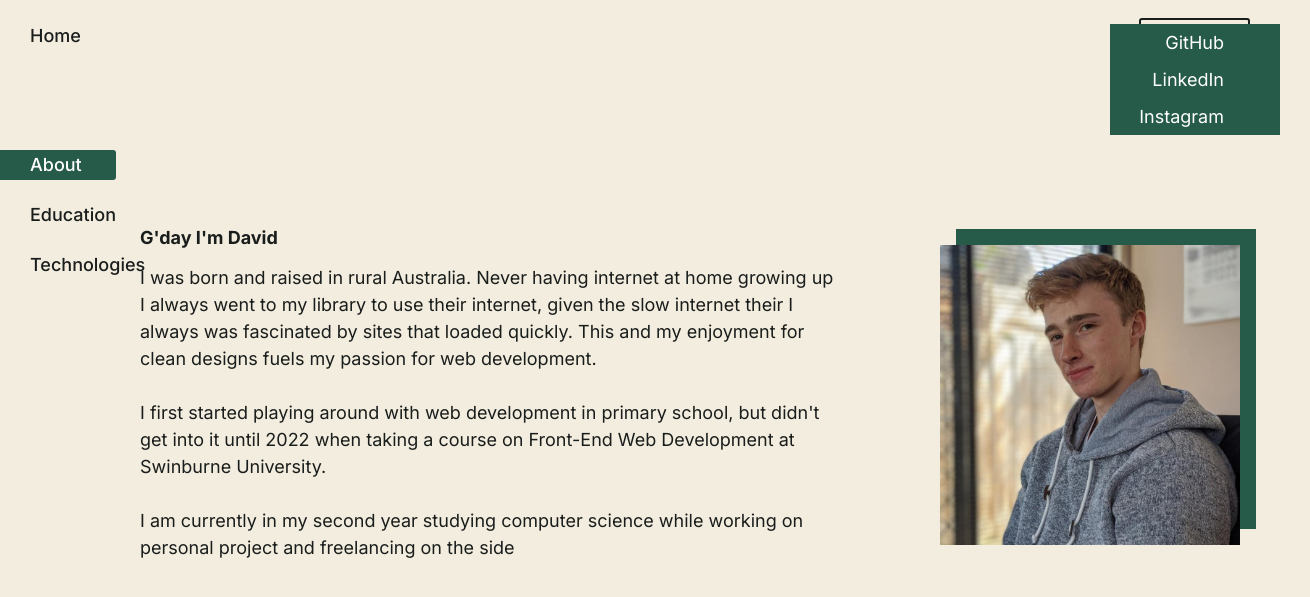
Repository: David-Waite/David-Waite-Portfolio
Page: /about
The author's editor kept a copy of each file at every save. The page is drawn from the files as they stood at one save, then again after the next save.
The browser window is 1280 px wide. The page is 1280 px wide, then 1310 px, so the pictures cover 1310 px, including what lies to the right of the window. The pictures show the whole page.
The project was rebuilt for these pictures with package versions that can differ from the ones it lists, and the page was loaded fresh each time. The framework's server and built-in components were replaced by stand-ins that run in the browser. Also part of the build but not shown: next.config.js.

Above is the page before, as saved 2023-07-27 10:11:21.

After the next save:
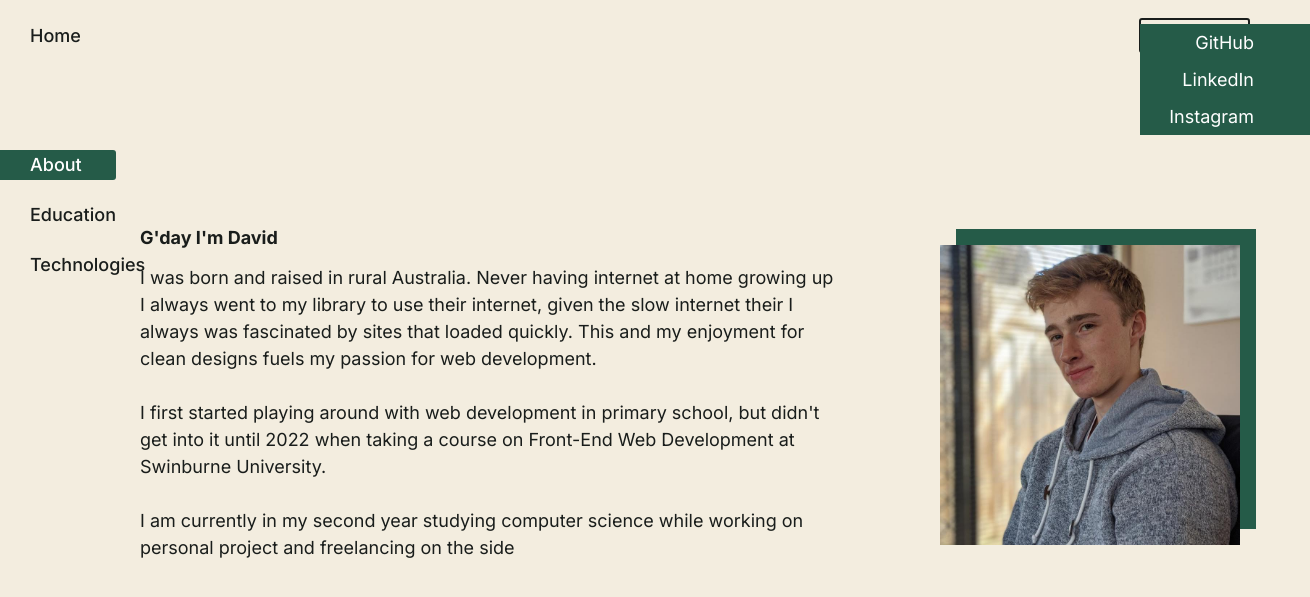
Saved 28 s later.
--- a/app/about/page.module.css
+++ b/app/about/page.module.css
@@ -102,7 +102,7 @@
   .mobileLink {
     display: flex;
     top: 0;
-    left: calc(100vw - 170px);
+    left: calc(100vw - 140px);
     width: 170px;
     align-items: end;
   }
